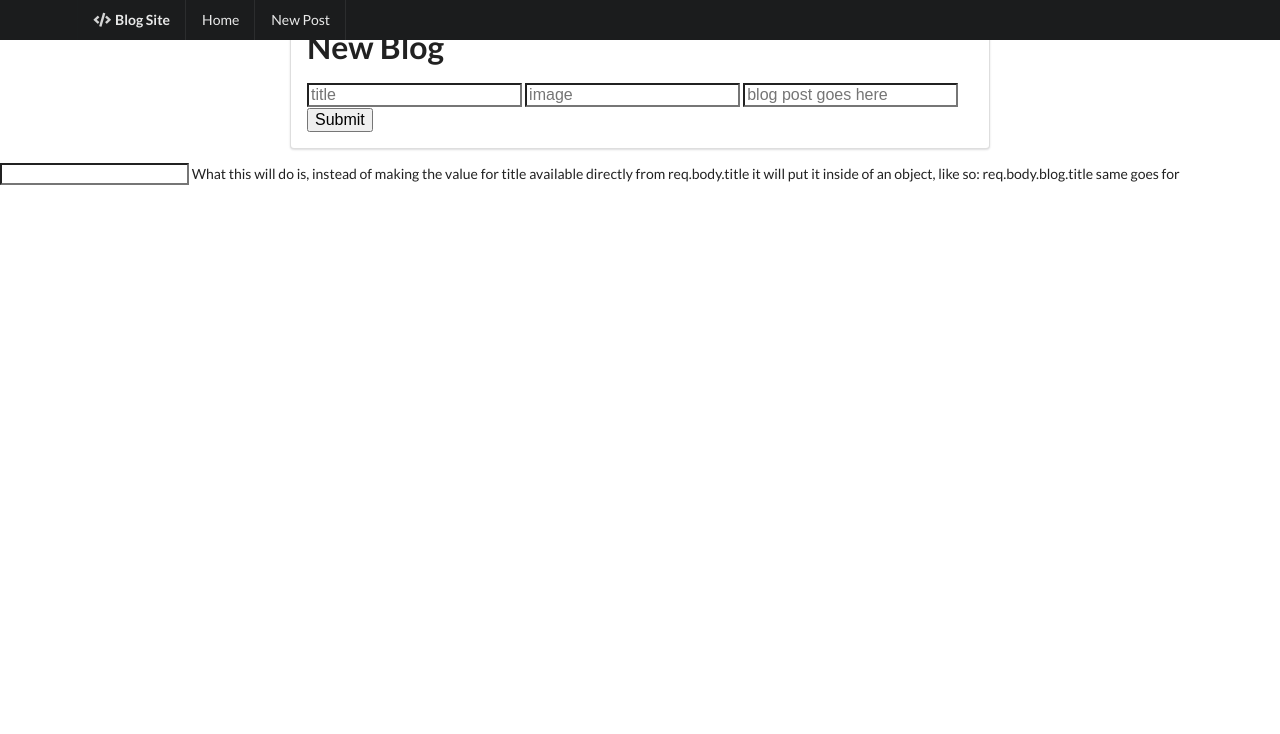
Repository: demioke/web-development-bootcamp
Page: http://localhost/blogs/new
The author's editor kept a record of every edit. The page is drawn from the files as they stood at one moment, then again after the next edit.
The browser window is 1280 px wide. The pictures show the whole page.
Some web libraries are served in a nearby version. The page is served by the project's Node server (RESTful_Routing/RESTfulBlogApp/app.js).

Above is the page before.

After the next edit:
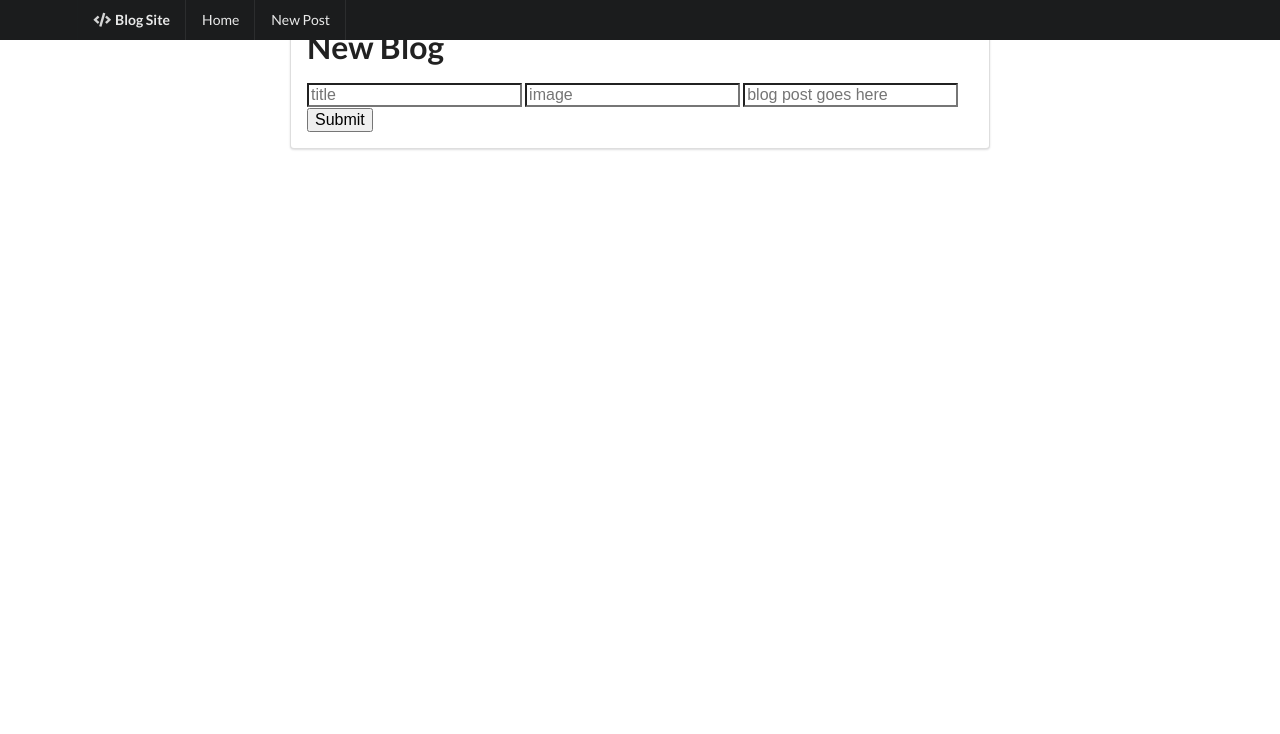
The edit:
--- a/RESTful_Routing/RESTfulBlogApp/views/new.ejs
+++ b/RESTful_Routing/RESTfulBlogApp/views/new.ejs
@@ -12,7 +12,9 @@
 
 <% include ./partials/footer.ejs %>
 
-<input type="text" name="blog[title]">
-What this will do is, instead of making the value for title available directly
-from req.body.title it will put it inside of an object, like so: req.body.blog.title
-same goes for
+<!--<input type="text" name="blog[title]">-->
+<!--What this will do is, instead of making the value for title available directly -->
+<!--from req.body.title it will put it inside of an object, like so: req.body.blog.title-->
+<!--same goes for "blog[image]" and name="blog[body]".-->
+<!--Now all of the values from the inputs in the form get added into one object (req.body.blog) -->
+<!--and you can easily input that data into the database simply by passing in req.body.blog to Blog.create()-->
